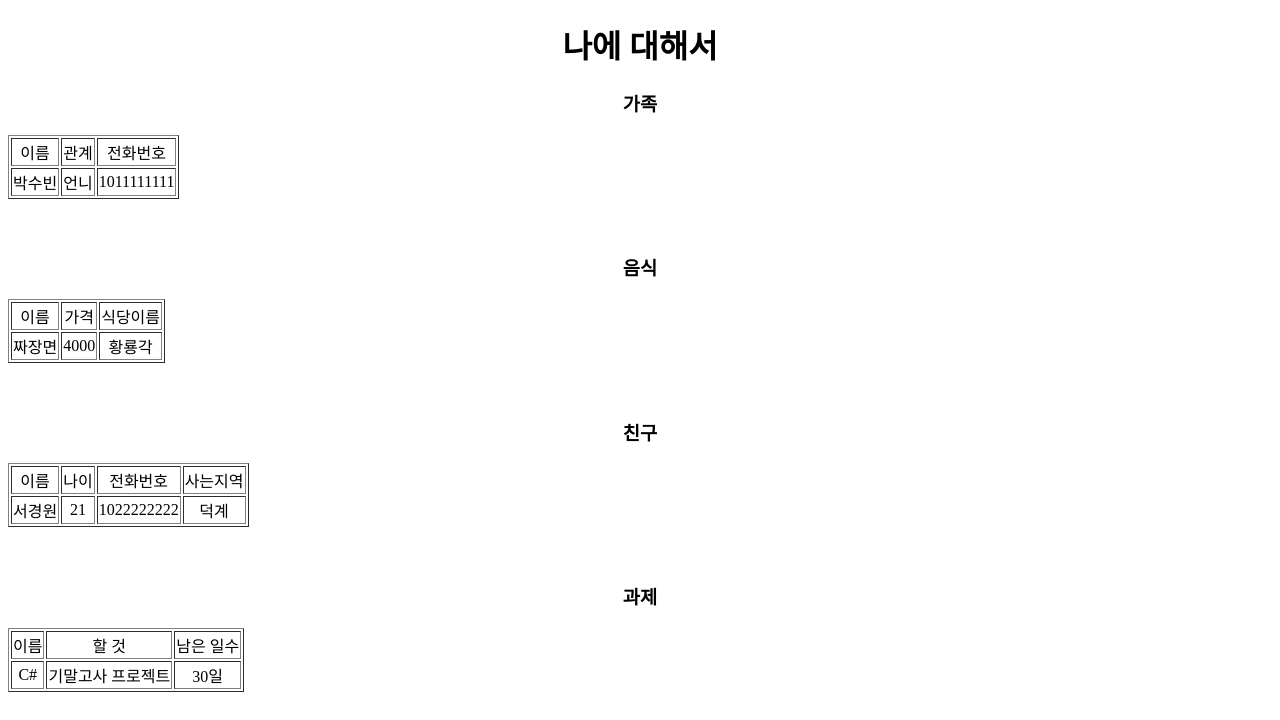
Repository: hyun5292/school
Page: http://localhost/PSH_1116_task/AboutMe.jsp
The author's editor kept a copy of each file at every save. The page is drawn from the files as they stood at one save, then again after the next save.
The browser window is 1280 px wide. The pictures show the whole page.
The page is served by Tomcat 9.

Above is the page before, as saved 2018-11-16 07:51:50.

After the next save:
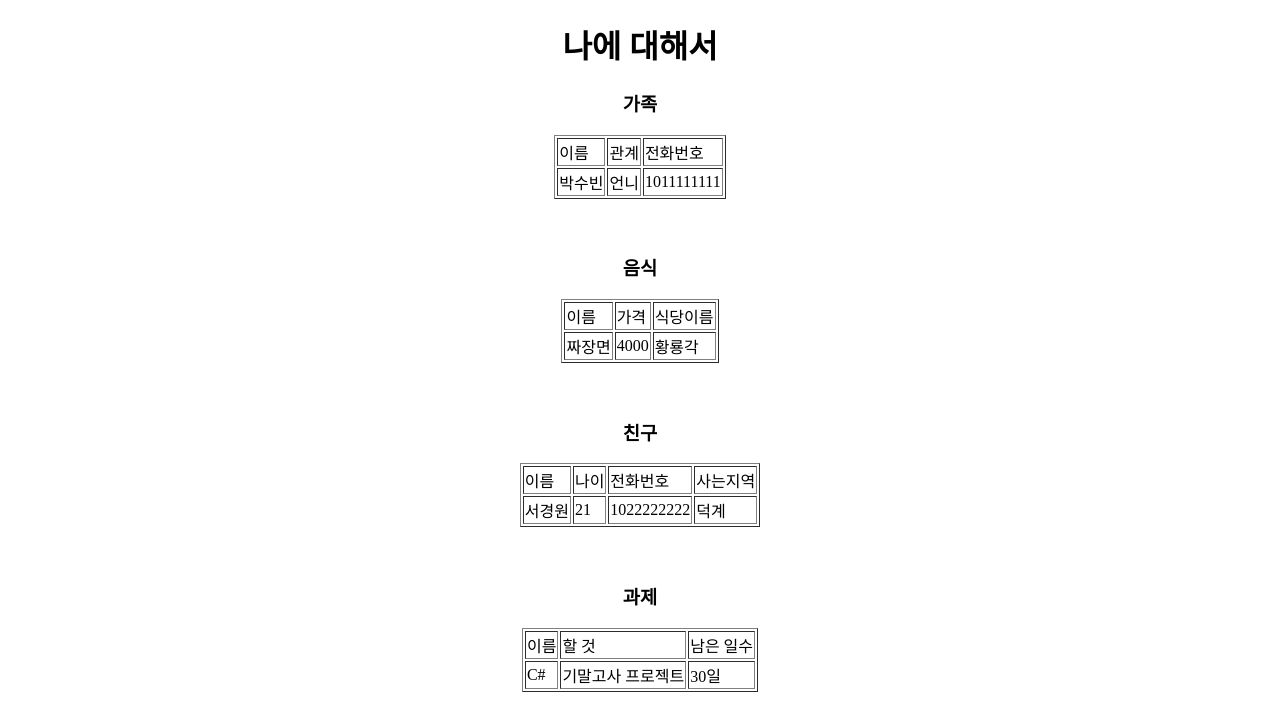
Saved 17 s later.
--- a/JSP2-2/PSH_1116_2/PSH_1116_task/WebContent/AboutMe.jsp
+++ b/JSP2-2/PSH_1116_2/PSH_1116_task/WebContent/AboutMe.jsp
@@ -10,8 +10,9 @@
 <meta http-equiv="Content-Type" content="text/html; charset=EUC-KR">
 <title>Insert title here</title>
 </head>
-<body align="center">
-<center><h1>나에 대해서</h1></center>
+<body>
+<center>
+<h1>나에 대해서</h1>
 
 	<jsp:setProperty value="박수빈" property="name" name="family"/>
 	<jsp:setProperty value="언니" property="relation" name="family"/>
@@ -139,5 +140,6 @@
 			</td>
 		</tr>
 	</table>
+	</center>
 </body>
 </html>
